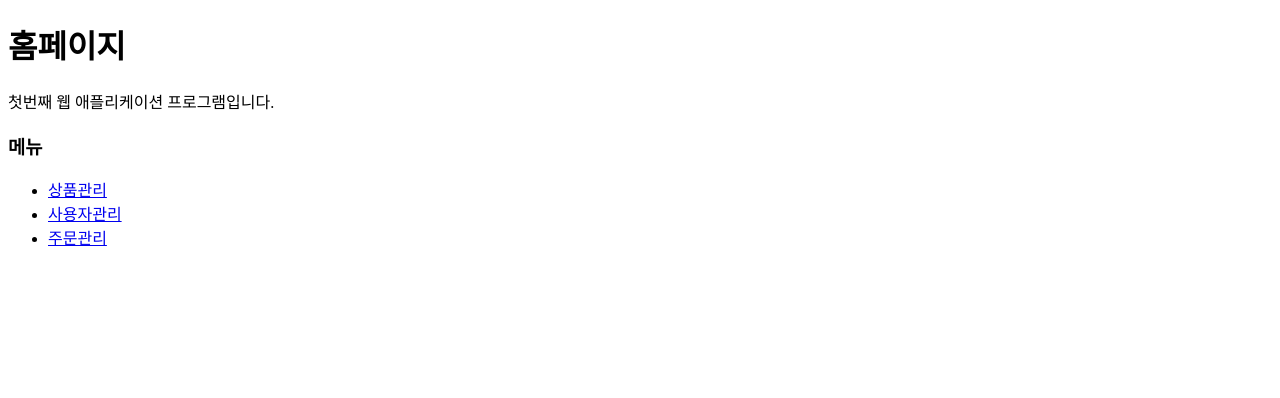
Repository: benpark0613/basic
Page: http://localhost/sample/home.jsp
An editor plug-in stored every save of this project. The page is shown before and after the next save, followed by the edit.
The browser window is 1280 px wide. The pictures show the whole page.
The page is served by Tomcat 9. Other server files are loaded and not shown.

Above is the page before, as saved 2021-11-10 02:32:57.

### HR_app/sample/src/main/webapp/home.jsp
<%@ page language="java" contentType="text/html; charset=UTF-8"
    pageEncoding="UTF-8"%>
<!DOCTYPE html>
<html>
<head>
<meta charset="UTF-8">
<title>홈</title>
</head>
<body>
	<h1>홈페이지</h1>
	<p>첫번째 웹 애플리케이션 프로그램입니다.</p>

	<h3>메뉴</h3>
	<ul>
		<li><a href="product/list.jsp">상품관리</a></li>
		<li><a href="user/list.jsp">사용자관리</a></li>
		<li><a href="order/list.jsp">주문관리</a></li>
	</ul>
</body>
</html>

After the next save:
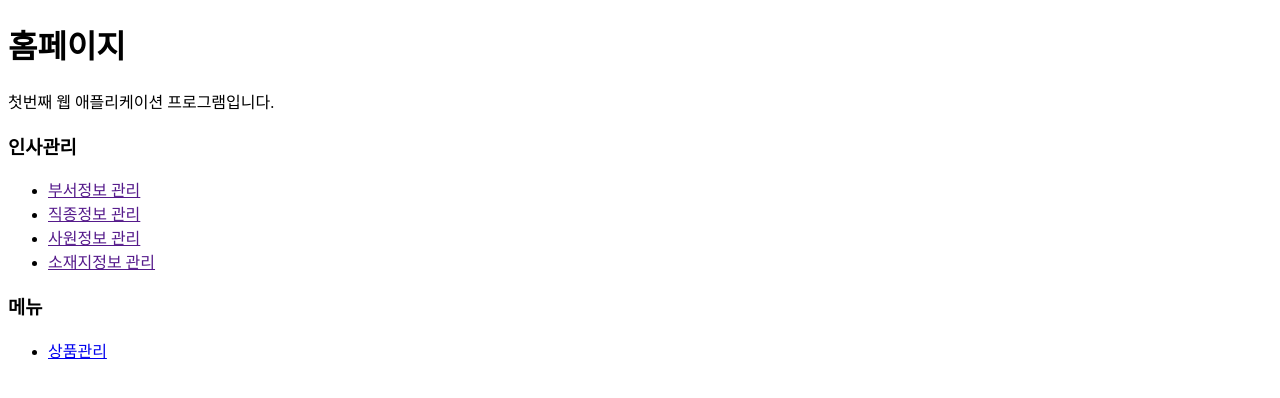
Saved 2 min 53 s later.
--- a/HR_app/sample/src/main/webapp/home.jsp
+++ b/HR_app/sample/src/main/webapp/home.jsp
@@ -10,11 +10,17 @@
 	<h1>홈페이지</h1>
 	<p>첫번째 웹 애플리케이션 프로그램입니다.</p>
 
+	<h3>인사관리</h3>
+	<ul>
+		<li><a href="">부서정보 관리</a></li>
+		<li><a href="">직종정보 관리</a></li>
+		<li><a href="">사원정보 관리</a></li>
+		<li><a href="">소재지정보 관리</a></li>
+	</ul>
+
 	<h3>메뉴</h3>
 	<ul>
 		<li><a href="product/list.jsp">상품관리</a></li>
-		<li><a href="user/list.jsp">사용자관리</a></li>
-		<li><a href="order/list.jsp">주문관리</a></li>
 	</ul>
 </body>
 </html>
